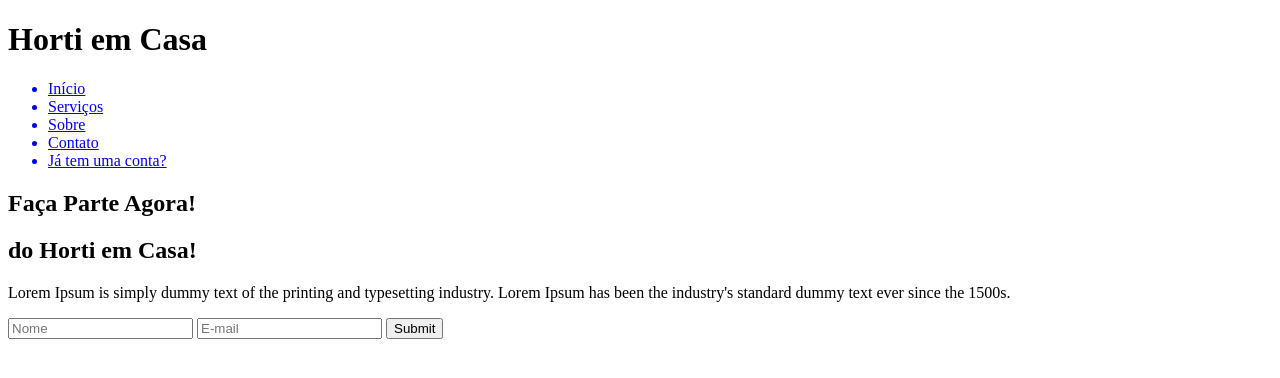
Repository: gabrielcastroo/horti-em-casa
Page: index.html
These files come from the project's save history. The page is drawn as it stood at one moment and after the next save; the edit follows.
The browser window is 1280 px wide. The pictures show the whole page.

Above is the page before, as saved 2022-04-13 09:49:01.

After the next save:
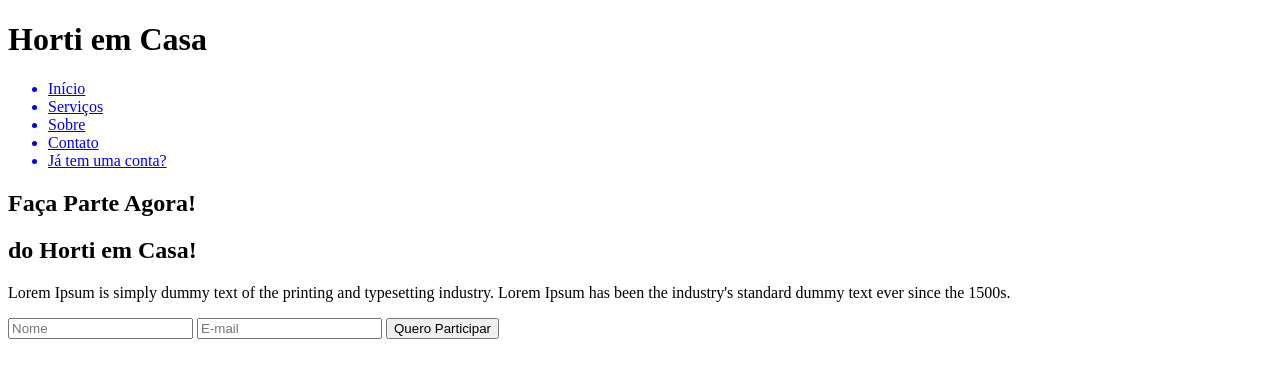
Saved 28 s later.
--- a/index.html
+++ b/index.html
@@ -37,7 +37,7 @@
             <form>
                 <input type = "text" placeholder = "Nome">
                 <input type = "email" placeholder = "E-mail">
-                <input type = "submit" placeholder = "Enviar">
+                <input type = "submit" value = "Quero Participar">
             </form>
         </aside>
     </main>
